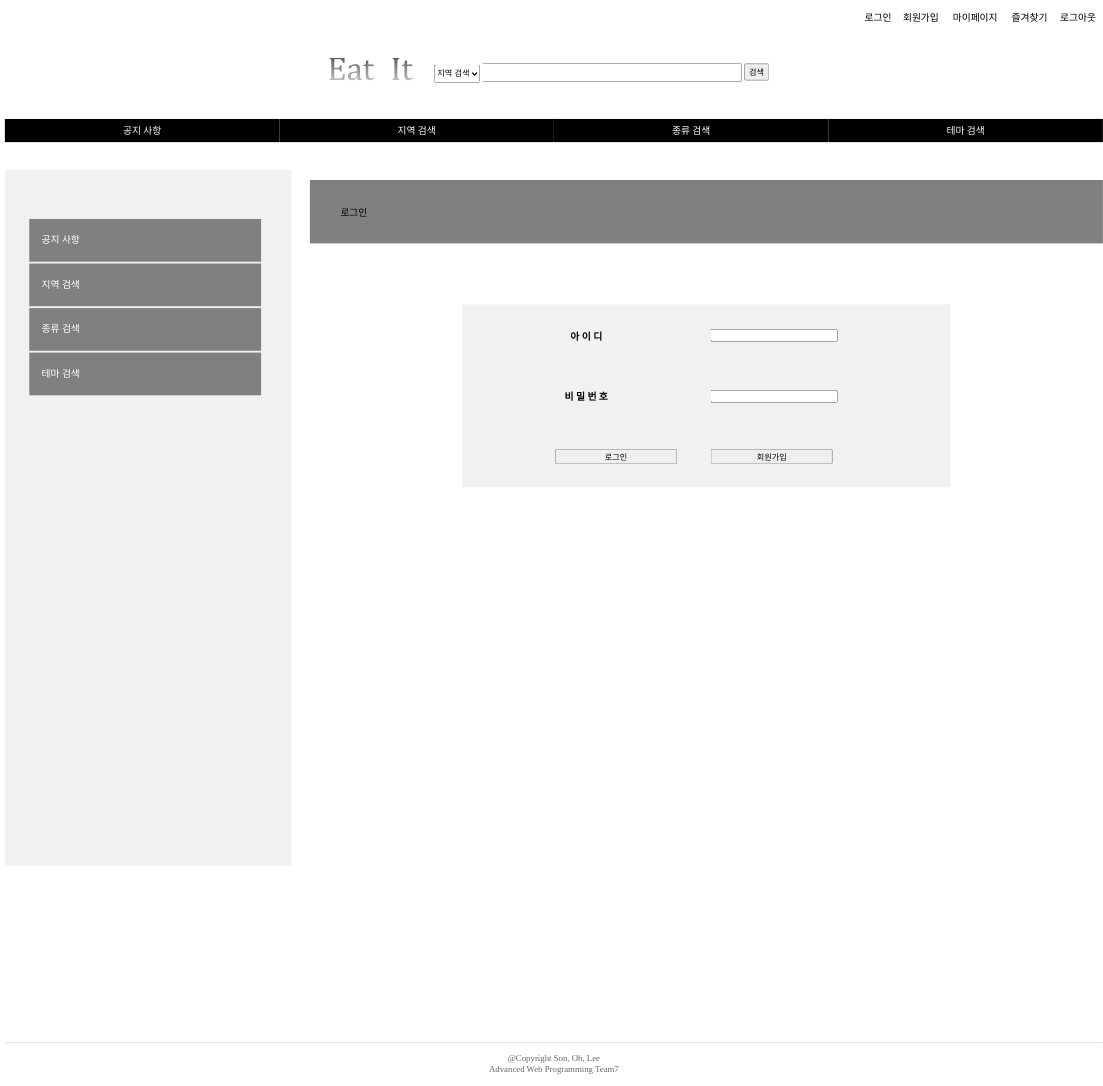
Repository: sonminho/aos
Page: http://localhost/EatIt/login.jsp
These files come from the project's save history. The page is drawn as it stood at one moment and after the next save; the edit follows.
The browser window is 1280 px wide. The page is 1808 px wide, so the pictures cover 1808 px, including what lies to the right of the window. The pictures show the whole page, at 61% of full size.
Some web libraries are served in a nearby version. The page is served by Tomcat 9.

Above is the page before, as saved 2017-12-16 12:55:06.
Console error: TypeError: Cannot read properties of undefined (reading 'style')

After the next save:
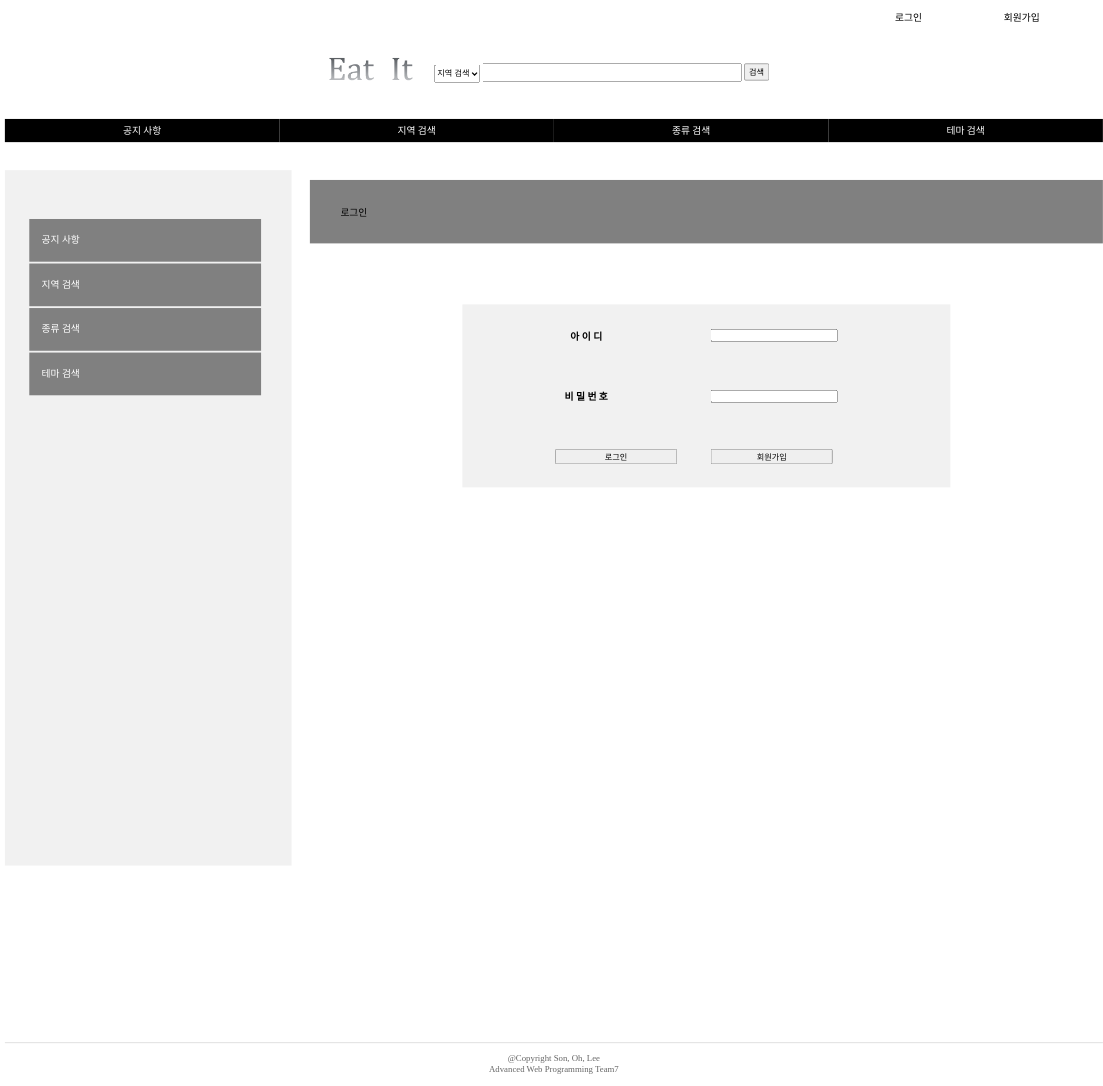
Saved 25 s later.
--- a/EatIt/EatIt/WebContent/login.jsp
+++ b/EatIt/EatIt/WebContent/login.jsp
@@ -336,11 +336,22 @@ $(function() {
 <div class="main_div">
 <table class="top_nav">
    <tr>
-      <td><a href="login.jsp">로그인</a></td>
-      <td><a href="join_main.jsp">회원가입</a></td>
-      <td>마이페이지</td>
-      <td>즐겨찾기</td>
-      <td><a href="ControllerServlet?command=user_logout">로그아웃</a></td>
+      <td><a href="login.jsp">
+      <%
+      		if((UserVO)session.getAttribute("uLogin") == null) {
+      %>	로그인
+      <%
+      		} else {
+      %>
+      			<%= uVo.getUser_id() %>님 로그인
+      <%
+      		}
+      %>
+      </a></td>
+      <td><a href="join_main.jsp"><%if((UserVO)session.getAttribute("uLogin") == null) {%>	회원가입   <%}%></a></td>
+      <td><%if((UserVO)session.getAttribute("uLogin") != null) {%>마이페이지<%} %></td>
+      <td><a href="ControllerServlet?command=cart_list"><%if((UserVO)session.getAttribute("uLogin") != null) {%>즐겨찾기<%} %></a></td>
+      <td><a href="ControllerServlet?command=user_logout"><%if((UserVO)session.getAttribute("uLogin") != null) {%>로그아웃<%} %></a></td>
    </tr>
 </table><br>
 <form class="main_search">
